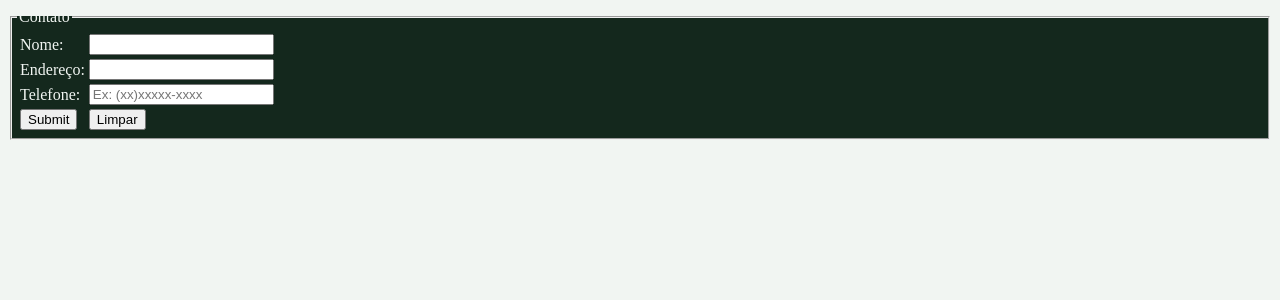
Repository: otavio-vicente/BackEnd-UniSenai
Page: WorkspaceTrilhaWeb/exemploServlet/src/main/webapp/contato.html
An editor plug-in stored every save of this project. The page is shown before and after the next save, followed by the edit.
The browser window is 1280 px wide. The pictures show the whole page.

Above is the page before, as saved 2024-06-13 22:55:32.

After the next save:
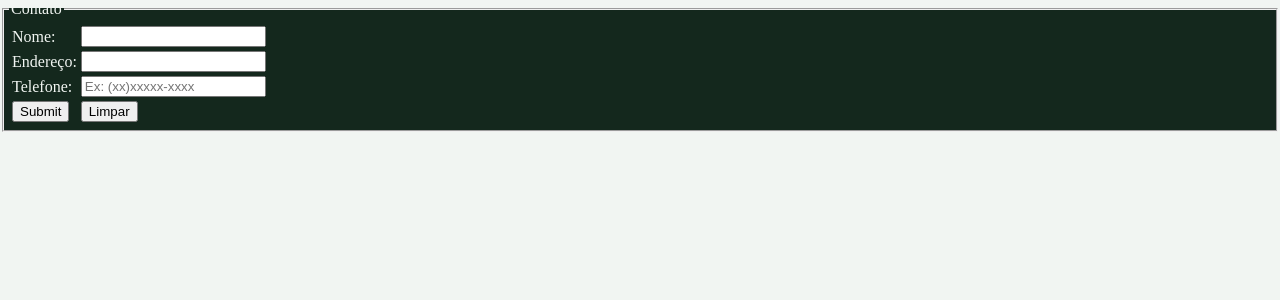
Saved 11 s later.
--- a/WorkspaceTrilhaWeb/exemploServlet/src/main/webapp/style.css
+++ b/WorkspaceTrilhaWeb/exemploServlet/src/main/webapp/style.css
@@ -2,6 +2,7 @@
 
 body {
 	background-color: #F1F5F2;
+	margin: 0;
 }
 
 fieldset {
